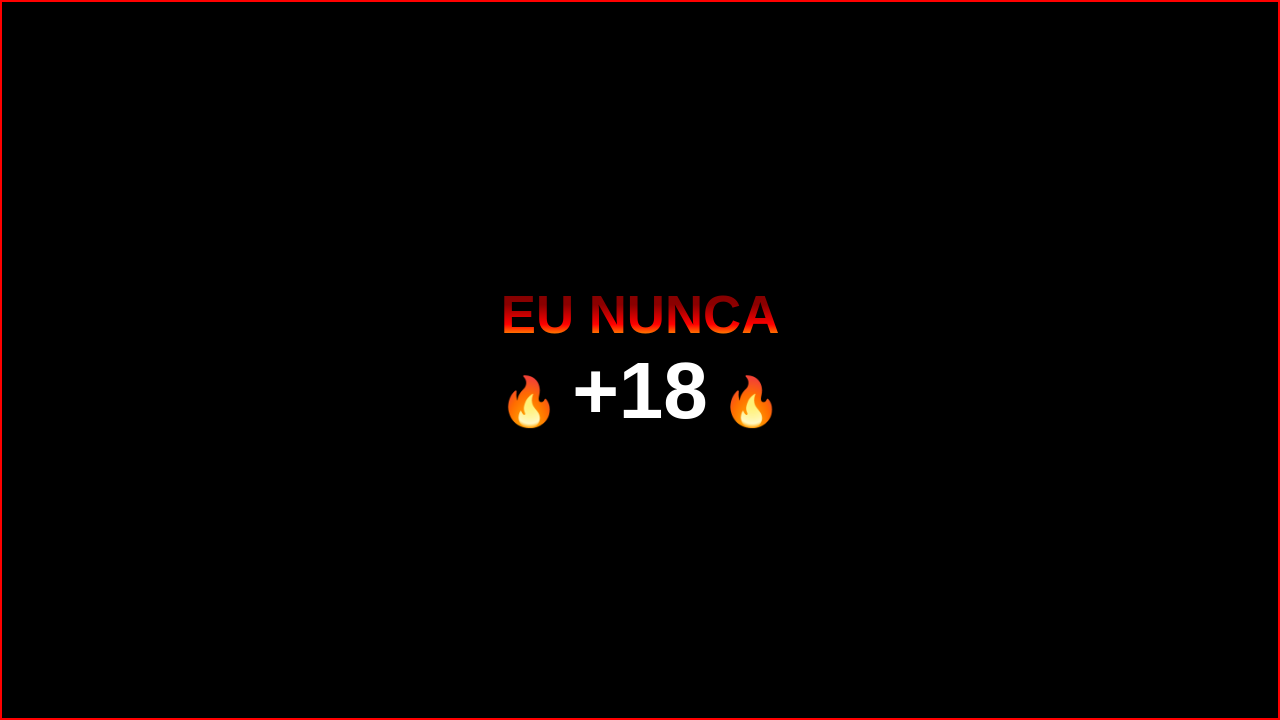
Repository: odiloalmeida/inever
Page: index.html
An editor plug-in stored every save of this project. The page is shown before and after the next save, followed by the edit.
The browser window is 1280 px wide. The pictures show the whole page.

Above is the page before, as saved 2023-01-31 22:19:05.

### index.html
<!DOCTYPE html>
<html lang="en">
<head>
    <meta charset="UTF-8">
    <meta http-equiv="X-UA-Compatible" content="IE=edge">
    <meta name="viewport" content="width=device-width, initial-scale=1.0">
    <link rel="icon" type="image/svg+xml" href="https://cdn-icons-png.flaticon.com/512/5181/5181956.png" />
    <link rel="stylesheet" href="./style.css">
    <title>18+ I Never</title>

</head>

<body>
    <button id="myButton" onclick="changeButtonName()">
        <span>EU NUNCA</span>
        <br>
        <span3>&#128293</span3>
        <span2>+18</span2>
        <span3>&#128293</span3>
    </button>
</body>

<script>

    function changeButtonName() {
        var button = document.getElementById("myButton");

        var names = ["Beijei alguém dessa turma",
        "Senti atração por alguém dessa turma",
        "Tomei banho pelado na praia/piscina",
        "Fiquei com um professor",
        "Fiquei com um amigo e me arrependi",
        "Fiquei com um amigo e não disse pra ninguém",
        "Menti sobre ter ficado com uma pessoa",
        "Bebi tanto que beijei alguém que não queria",
        "Bebi tanto que esqueci tudo no outro dia",
        "Vi um nudes de alguém dessa turma",
        "Desejei o namorado(a) de um amigo",
        "Fiquei com alguém por interesse",
        "Acelerei o ato sexual por que o oral estava ruim",
        "Bebi pra ter coragem de chegar numa pessoa",
        "Transei na escola ou faculdade",
        "Transei no chão",
        "Fiz sexo oral enquanto a pessoa trabalhava",
        "Fiz sexo oral enquanto a pessoa dirigia",
        "Usei fantasias sexuais",
        "Usei plug anal",
        "Usei um vibrador",
        "Fiquei com alguém depois neguei pra todo mundo",
        "Disse pra uma pessoa que a amava sem amar",
        "Transei no carro",
        "Broxei no meio do ato sexual",
        "Desisti de ficar com uma pessoa por que ela estava fedendo",
        "Fui chupar e estava fedendo muito e desisti",
        "Me masturbei depois do ato sexual por que não conseguir “chegar lá” com o parceiro",
        "Fiquei com dois amigos ao mesmo tempo sem eles saberem",
        "Parei o ato sexual para ir fazer xixi",
        "Fiz a chuca",
        "Transei na rua",
        "Paguei por sexo",
        "Fiz sexo por dinheiro",
        "Dei um beijo triplo",
        "Voltaria com um ex",
        "Fiquei com uma pessoa em um lugar e logo em seguida fui para outro lugar ficar com outra",
        "Tirei fotos pelado(a)",
        "Fiquei com alguém para fazer ciúme a outro",
        "Sofri por amor",
        "Sofri por ficante",
        "Espiei alguém tomando banho",
        "Tomei banho com alguém",
        "Enfiei o dedo no orifício de alguém (kkkk)",
        "Eu nunca fiquei com um amigo do meu amigo eme arrependi",
        "Eu nunca tive uma DST",
        "Eu já desejei a mãe de um amigo",
        "Eu já desejei o pai de um amigo",
        "Já beixei alguém do mesmo sexo",
        "Já deixei chuparem minha porta dos fundos",
        "Já questionei a minha sexualidade",
        "Já fiz goldenshower",
        "Já desisti do sexo quando vi o tamanho do instrumento",
        "Fumei um",
        "Cheirei cocaina",
        "Usei LSD",
        "Passei comida no parceiro",
        "Troquei o nome da pessoa na hora H",
        "Fiquei com uma pensando em outra",
        "Fatei aula pra ficar com alguém",
        "Menti nesse jogo",
        "Disse que estava doente para nao transar",
        "Fiquei com professor",
        "Fiquei com alguém por gratidão",
        "Tive tara em mãos",
        "Tive tara em pés",
        "Tive tara em ruivas",
        "Fui amordaçado",
        "Fui algemado",
        "Fui chicoteado",
        "Bati de mais em alguém na hora H e fiquei com medo",
        "Vomitei na hora H",
        "Fiz sexo na praia",
        "Fiz sexo na moto",
        "Fiz sexo na bicicleta",
        "Chupei outro por tabela",
        "Fiz oral em um e depois beijei a boca de outro",
        "Transei com 2 ao mesmo tempo",
        "Transei com mais de 3 ao mesmo tempo",
        "Ja fiquei com duas pessoas do mesmo sexo, ao mesmo tempo",
        "Cherei loló",
        "Fumei cigarro",
        "Tive como alcoólico",
        "Tive amnésia alcoólica",
        "Dormi bebado no chão",
        "Mijei em mim, estando bebado",
        "Vomitei em mim, estando bebado",
        "Beijei alguém que eu odiava",
        "Fiquei com um Ex antigo e me arrependi (Foi horrível)",
        "Tive flashback com mais de um EX",
        "Tive um PA",
        "Fiquei com um(a) PM",
        "Subi numa mesa bebado",
        "Fiquei com alguém da boca podre",
        "Já caguei o pau (literalmente)",
        "Já cai de bicicleta",
        "Quebrei um osso (Beba uma dose por osso)",
        "Já talariquei mulher de amigo (Uma dose por mulher)",
        "Já talariquei marido de amiga (Uma dose por homem)",
        "Já beijei um mendigo",
        "Já fiz dentro do mar",
        "Ja fiz dentro do tanque",
        "Pedi alguém em casamento",
        "Já me juntei com conjugue",
        "Já fui CORNO(A)",
        "Atirei com arma de fogo",
        "Dê uma pausa de 15min, para não embriagar",
        "Durei menos de 2 min no sexo",
        "Fiz gosar em menos de 2min",
        "Pensei em me prostituir",
        "Tomei remédio TARJA PRETA",
        "Quando de maior, senti atração por 15-",
        "Dormi sujo",
        "Passei o dia sem tomar banho",
        "Passei dois dias sem tomar banho",
        "Passei mais de 36h acordado",
        "Levei pão de manhã para casa, após o rolê",
        "Bebi mais de 2L em uma noite",
        "Desejei minha cunhada",
        "Transei com alguém na escada",
        "Já botei atrás  depois na frente",
        "Cai da arvore",
        "Me feri gravemente",
        "Imaginei alguém dessa turma pelado",
        "Usei camisinha com sabores",
        "Limbei a bunda e olhei o papel higienico",
        "Transei no cinema",
        "Flertei com o garçom",
        "Beijei um primo(a)",
        "Transei com um primo(a)",
        "Sonhei que estava pelado em público",
        "Transei na chuva",
        "Dormir de conchinha na chuva",
        "Fiz punheta / siririca coletiva",
        "Me masturbei pensando em alguém da roda",
        "Vi nude de alguém da roda",
        "Enviei nude errado",
        "Peguei alguém no elevador",
        "Falei que o sexo foi bom, quando na verdade foi uma merda",
        "Gosei dentro com camisinha",
        "Conversando com o penis do meu namorado",
        "Fiz espanhola",
        "Transei com alguém que participou desse jogo agora",
        "Transei com um médico",
        "Transei com um entregador",
        "Transei com enfermeiro(a)",
        "Transei com Advogado(a)",
        "Transei com Fisioterapeuta",
        "Transei com agente de saúde",
        "Transei com personal trainer",
        "Fiz sexo rapido para dormir logo",
        "Transei numa contrução",
        "Transei numa casa abandonada",
        "Transei na rede",
        "Transei na cadeira",
        "Transei no sofá",
        "Transei em local público",
        "Tive sonhos eróticos com alguém dessa roda",
        "Fui em um motel e não transei",
        "Criei passarinho",
        "Chupei alguém com algum amigo vendo",
        "Fui voyeur",
        "Transei num posto de saúde",
        "Transei no quintal de casa",
        "Transei no telhado",
        "Terminei com uma pessoa por mensagem",
        "Terminaram comigo por mensagem",
        "Fiz Topless na praia",
        "Usei gelo na cama",
        "Usei halls na cama",
        "Sai sem calcinha para provocar alguém",
        "Malhei sem calcinha",
        "Fingi prazer",
        "Fingi simpatia para conquistar uma pessoa",
        "Fiz cosplay de rico",
        "Banquei a coitadinha para ganhar algo em troca",
        "Sai sem pagar a conta",
        "Levei o copo de um bar",
        "Caguei num banheiro quimico",
        "Dirigi bebado",
        "Ouvi alguém transando",
        "Fui pego me masturbando",
        "Fui pego na hora H pelos meus familiares ou amigos",
        "Transei assistindo porno",
        "Tive ressaca moral",
        "Chorei enquanto transava",
        "Pedi parar porque estava doendo",
        "Enforqueia até quase desmaiar",
        "Transei em uma banheira",
        "Beijei a pessoa querendo a do lado",
        "Beijei um feio(a)",
        "Beijei um(a) 10/10",
        "Nunca chupei dois ao mesmo tempo",
        "Matei aula para fumar um",
        "Matei aula para transar",
        "Quebrei uma cama enquanto transava",
        "Cai da cama enquanto transava",
        "Fiquei orgulhoso do meu desempenho",
        "Fiquei triste com meu desempenho",
        "Tentaram arrancar minh lingua",
        "Já beijei um desesperado, que quase me engole",
        "Bebi do copo de um estranho e tinha droga"




        ];

        var randomName = names[Math.floor(Math.random() * names.length)];
        button.innerHTML = randomName;
    }

</script>

</html>

### style.css
* {
    padding: 0;
    margin: 0;
    box-sizing: border-box;
}

body {
    width: 100vw;
    height: 100vh;
    background-color: #000;
    display: flex;
    flex-direction: column;
    align-items: center;
    justify-content: center;
}

button {
    background-color: transparent;
    height: 100vh;
    width: 100vw;
    border: red 2px solid;
    font-weight: bold;
    font-size: 3rem;
    padding: 5px;
    color: #f1f1f1;
}

button span {
    background-image: linear-gradient(to bottom,#800000,#8B0000, red, yellow);
    background-clip: text;
    -webkit-background-clip: text;
    -webkit-text-fill-color: transparent;
    color: black;
    font-size: 3.3rem;
    font-weight: 900;
}

button span2 {
    color: #fff;
    font-size: 5rem;
}

After the next save:
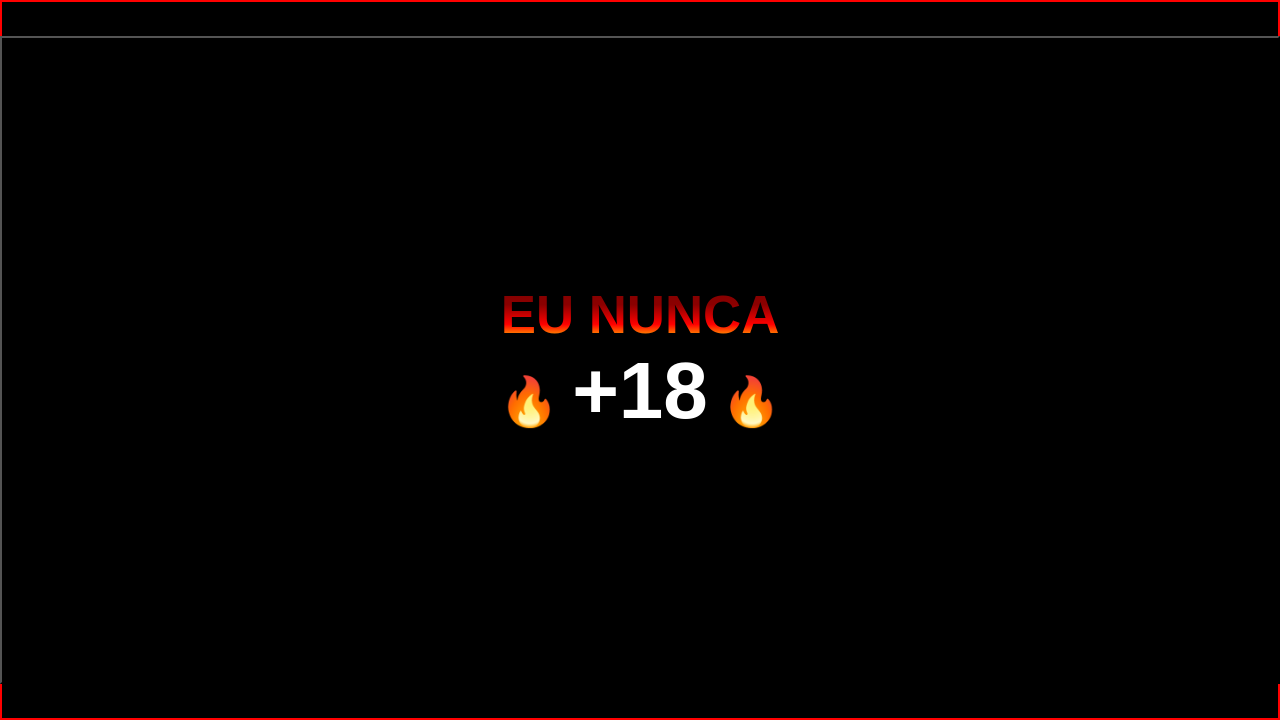
Saved 5 min 58 s later.
--- a/style.css
+++ b/style.css
@@ -12,13 +12,14 @@
     flex-direction: column;
     align-items: center;
     justify-content: center;
+    border: red 2px solid;
 }
 
 button {
     background-color: transparent;
-    height: 100vh;
+    height: 90vh;
     width: 100vw;
-    border: red 2px solid;
+
     font-weight: bold;
     font-size: 3rem;
     padding: 5px;

After the save that followed:
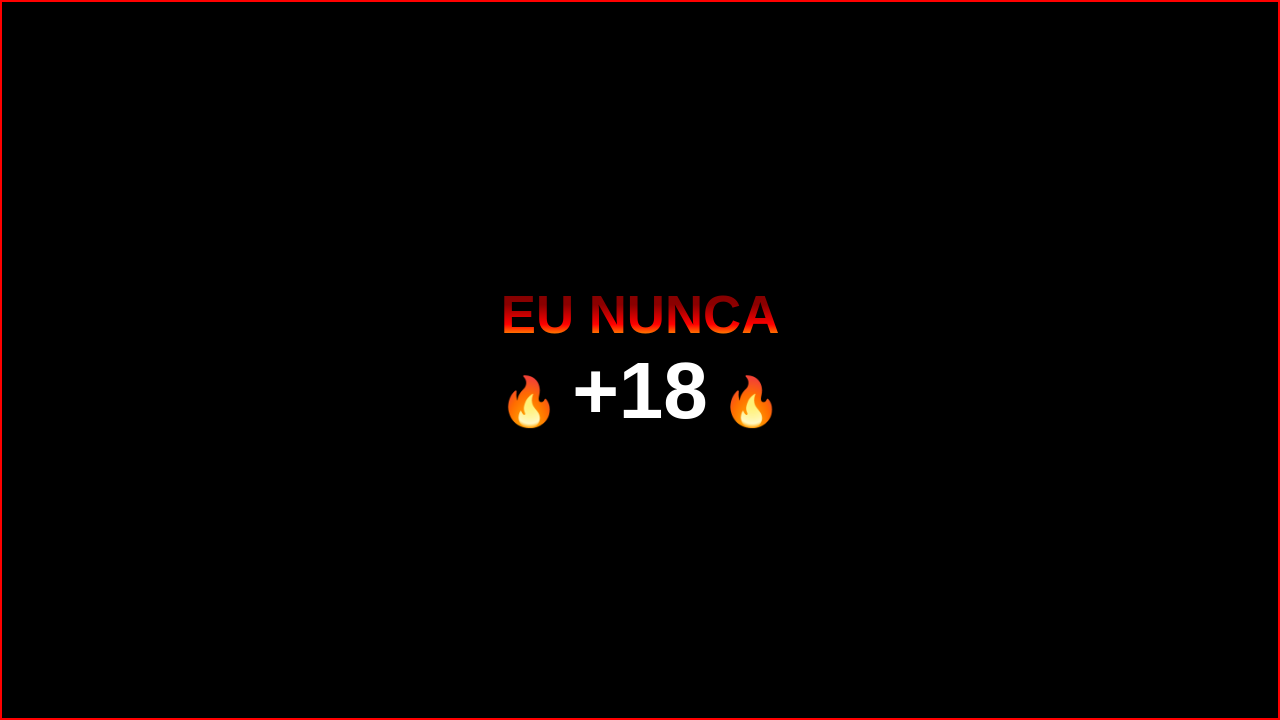
Saved 15 s later.
--- a/style.css
+++ b/style.css
@@ -19,7 +19,7 @@
     background-color: transparent;
     height: 90vh;
     width: 100vw;
-
+    border: none;
     font-weight: bold;
     font-size: 3rem;
     padding: 5px;
